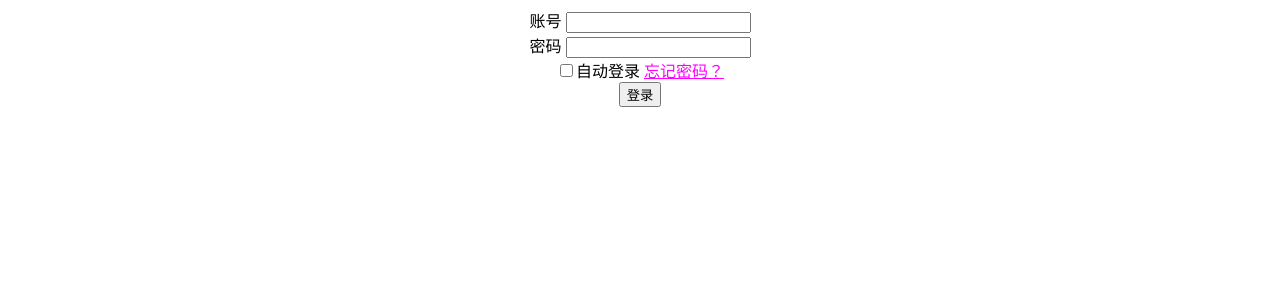
Repository: Jiege005/mytest-software-project
Page: mytest/WebContent/mod1.1.html
These files come from the project's save history. The page is drawn as it stood at one moment and after the next save; the edit follows.
The browser window is 1280 px wide. The pictures show the whole page.
The pointer rests on the first visible `a`.

Above is the page before, as saved 2025-06-18 03:03:19.

After the next save:
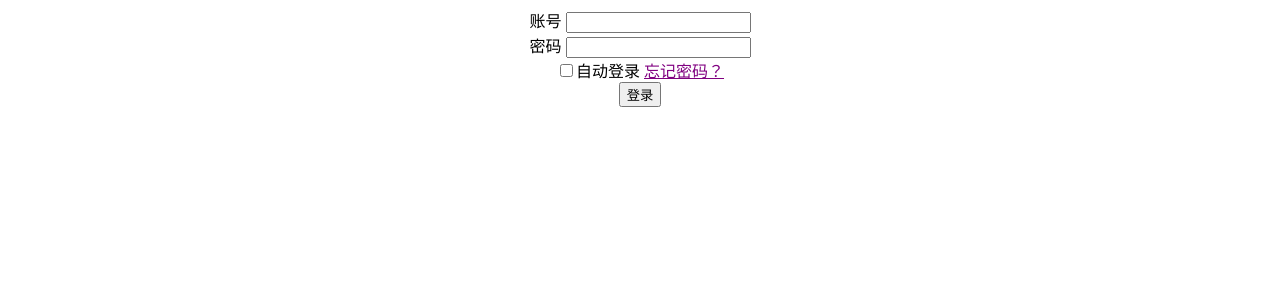
Saved 26 s later.
--- a/mytest/WebContent/mod1.1.html
+++ b/mytest/WebContent/mod1.1.html
@@ -11,8 +11,8 @@
 		<style>
 			a:link {color:blue;}      /* 未访问链接*/
 			a:visited {color:purple;}  /* 已访问链接 */
-			a:hover {color:#FF00FF;}  /* 鼠标移动到链接上 */
-			a:active {color:#0000FF;}  /* 鼠标点击时 */
+			#a:hover {color:#FF00FF;}  /* 鼠标移动到链接上 */
+			#a:active {color:#0000FF;}  /* 鼠标点击时 */
 		</style>
 	</head>
 	<body>

After the 5 saves that followed:
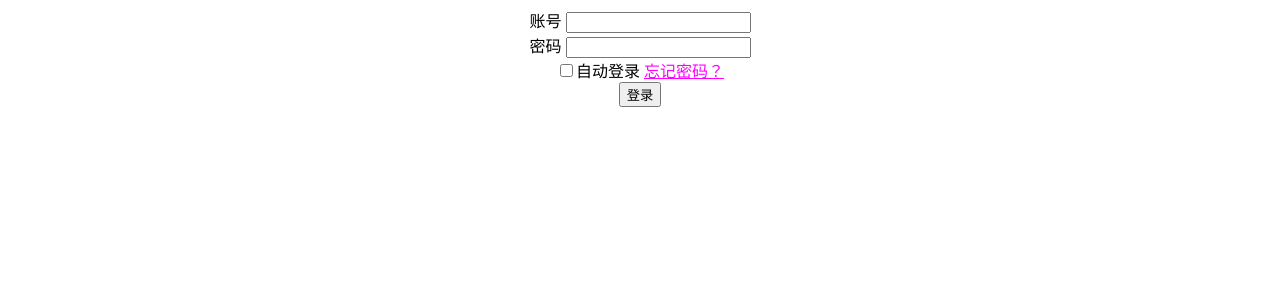
The 5 saves are shown as one change because 4 left the picture as it was.
The last was saved 75 s later.
--- a/mytest/WebContent/mod1.1.html
+++ b/mytest/WebContent/mod1.1.html
@@ -11,8 +11,8 @@
 		<style>
 			a:link {color:blue;}      /* 未访问链接*/
 			a:visited {color:purple;}  /* 已访问链接 */
-			#a:hover {color:#FF00FF;}  /* 鼠标移动到链接上 */
-			#a:active {color:#0000FF;}  /* 鼠标点击时 */
+			a:hover {color:#FF00FF;}  /* 鼠标移动到链接上 */
+			a:active {color:purple;}  /* 鼠标点击时 */
 		</style>
 	</head>
 	<body>
@@ -26,7 +26,7 @@
 		    <input type="password" class="form-control" id="exampleInputPassword1">
 		  </div>
 		  <input type="checkbox" value="">自动登录
-		  <a href="" target="_blank"> 忘记密码？</a>
+		  <a href="" target="_blank">忘记密码？</a>
 		  <br>
 		  <button type="submit" class="btn btn-default">登录</button>
 		</form>
